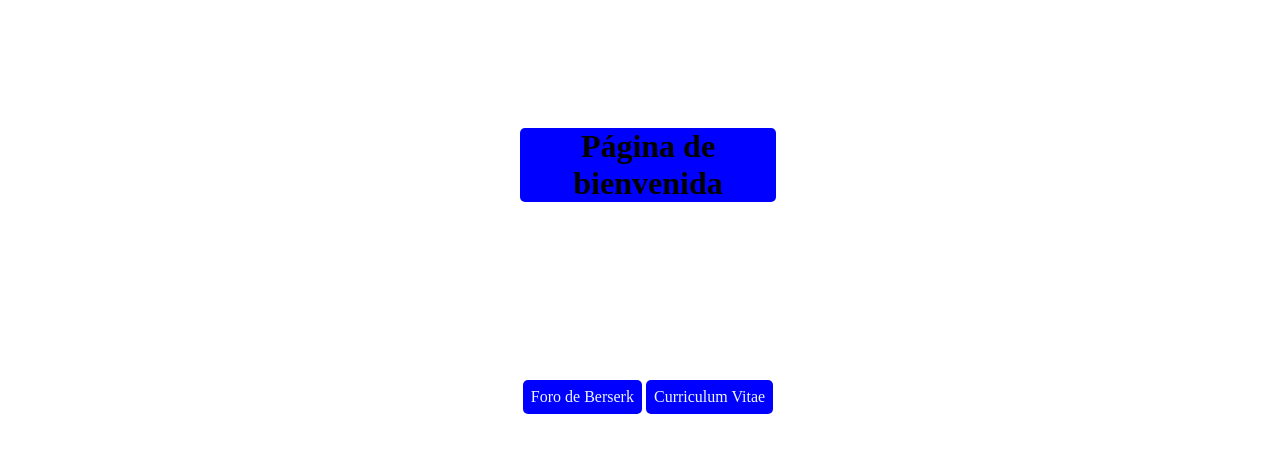
Repository: MateoSantander/Ejercicios4y5
Page: http://localhost/Ejercicio_4/
The author's editor kept a copy of each file at every save. The page is drawn from the files as they stood at one save, then again after the next save.
The browser window is 1280 px wide. The page is 1288 px wide, then 1280 px, so the pictures cover 1288 px, including what lies to the right of the window. The pictures show the whole page.
The page is served by Tomcat 9. Other server files are loaded and not shown.

Above is the page before, as saved 2022-03-18 14:54:56.
Not found: Ejercicio_4/Ejercicio_4/css/estrellas.jpg

### Ejercicio_4/src/main/webapp/index.html
<!DOCTYPE html>
<html>
<head>
<meta charset="UTF-8">
<title>Insert title here</title>
<link rel="stylesheet" href="css/index.css">
</head>
<body>
<header><h1>Página de bienvenida</h1></header>
	<nav>
		<a href="otrasPaginas/pagina_principal.html">Foro de Berserk</a>
		<a href="otrasPaginas/paginaCV.html">Curriculum Vitae</a>
		</nav>
</body>
</html>

### Ejercicio_4/src/main/webapp/css/index.css
@charset "ISO-8859-1";

body{
	width: 100%;
    background-image: url(estrellas.jpg);
}

header>h1{
        color:rgb(rgb(255, 255, 255), green, blue);
        text-align:center;
        border-radius: 5px;
        background-color:blue;
  }

header,nav{
	text-align:center;
	margin-left: 40%;
    margin-right: 40%;
    margin-top: 10%;
}

nav>a{
    margin-top: 50px;
    border-radius: 5px;
    padding: 8px;
    background-color:blue;
    display: inline-block;
    text-decoration: none;
    color: aliceblue;
}

After the next save:
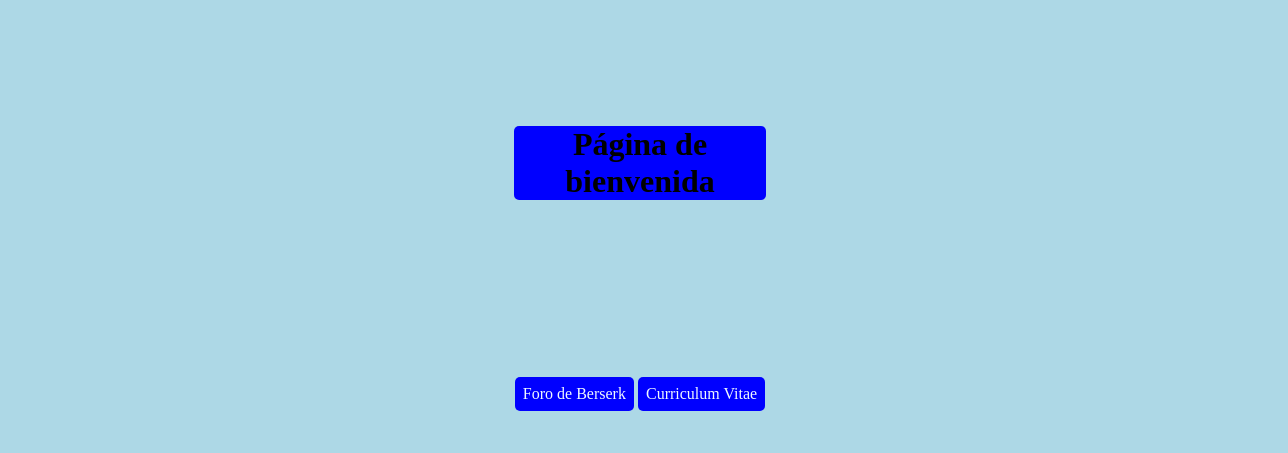
Saved 55 s later.
--- a/Ejercicio_4/src/main/webapp/css/index.css
+++ b/Ejercicio_4/src/main/webapp/css/index.css
@@ -1,8 +1,7 @@
 @charset "ISO-8859-1";
 
 body{
-	width: 100%;
-    background-image: url(estrellas.jpg);
+background-color: lightblue;
 }
 
 header>h1{
